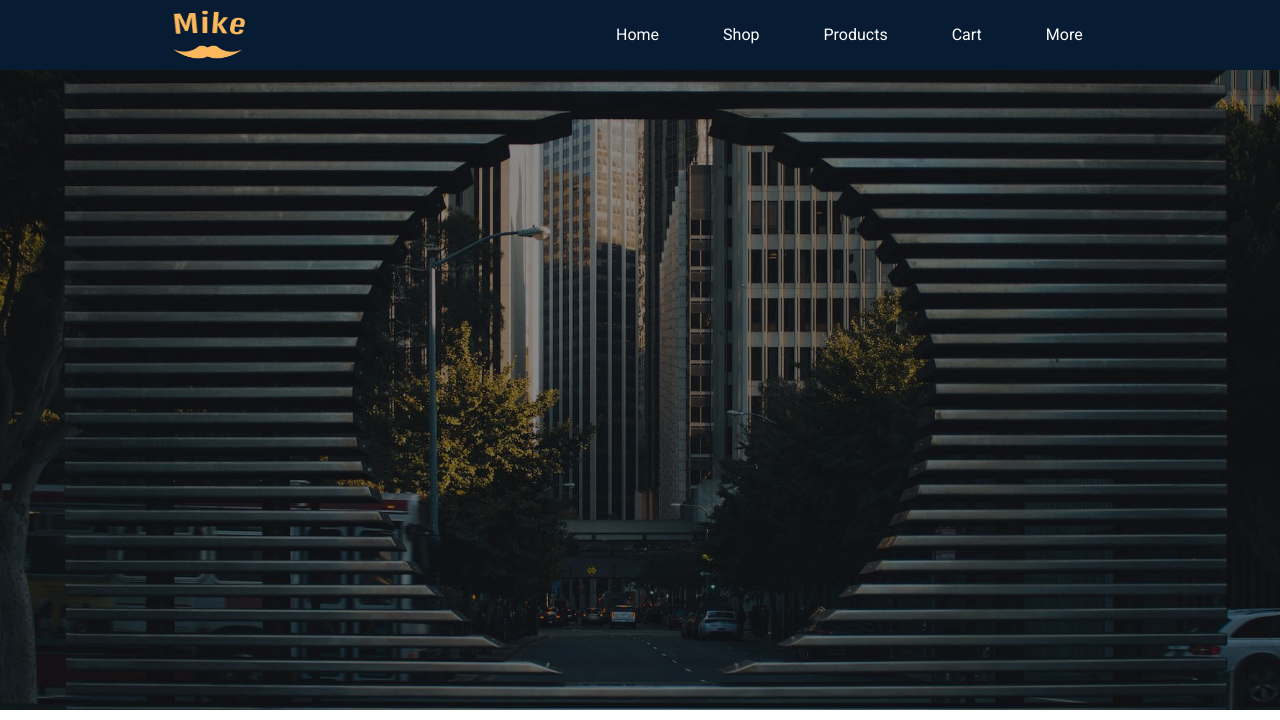
Repository: haiduong7499/Personal-Profile
Page: index.html
The author's editor kept a copy of each file at every save. The page is drawn from the files as they stood at one save, then again after the next save.
The browser window is 1280 px wide. The pictures show the whole page.

Above is the page before, as saved 2021-02-28 01:14:40.

### index.html
<!DOCTYPE html>
<html lang="en">
<head>
    <meta charset="UTF-8">
    <meta http-equiv="X-UA-Compatible" content="IE=edge">
    <meta name="viewport" content="width=device-width, initial-scale=1.0">
    <link rel="stylesheet" href="style/style.css">
    <link rel="stylesheet" href="style/base.css">
    <link rel="preconnect" href="https://fonts.gstatic.com">
    <link rel="preconnect" href="https://fonts.gstatic.com">
<link href="https://fonts.googleapis.com/css2?family=Roboto:wght@400;700&display=swap" rel="stylesheet">
    <title>Project</title>
</head>
<body>
    <div id="header">
        <img src="./asset/5c0eefeb-053e-4086-8d42-7e5a35580c82_200x200.png" alt="">
            <ul id="navbar">

                <li><a href="#">Home</a></li>
                <li><a href="#">Shop</a></li>
                <li><a href="#">Products</a></li>
                <li><a href="#">Cart</a></li>
                <li><a href="#">More</a></li>
            </ul>
    </div>

    <div id="banner">

    </div>



    <div id="content">
        <div>
            <h2></h2>
            <p></p>
        </div>
        <div>
            <h2></h2>
            <p></p>
        </div>
        <div>
            <h2></h2>
            <p></p>
        </div>
    </div>

</body>
</html>

### style/style.css
*{
    padding: 0;
    margin: 0;
    box-sizing: border-box;
}
html{
    font-family: 'Roboto', sans-serif;
}

#header {
    display:flex;
    justify-content: space-around;
    height:70px;
    background:#071C33;
    position: fixed;
    top: 0;
    left: 0;
    right: 0;
    z-index: 1;
}
#header img{
    margin: 8px 0;
    width: 84px;
    height: 53px;
}

#navbar li {
    list-style: none;
    line-height: 70px;
    display:inline-block;
}

#navbar li a{
    display: inline-block;
    padding: 0 30px;
    line-height: 70px;
    text-decoration: none;
    color: #fff;
}
#navbar li:hover a{
    background-color: #fcb85d;
    color: #071C33;
}

#banner{
    margin-top: 70px;
    padding-top:50%;
    overflow: hidden;
    background: url(../asset/home-parallax.jpg) top / cover no-repeat;
}

Loaded but not shown: style/base.css (no stored copy; drawn as an empty file)

After the next save:
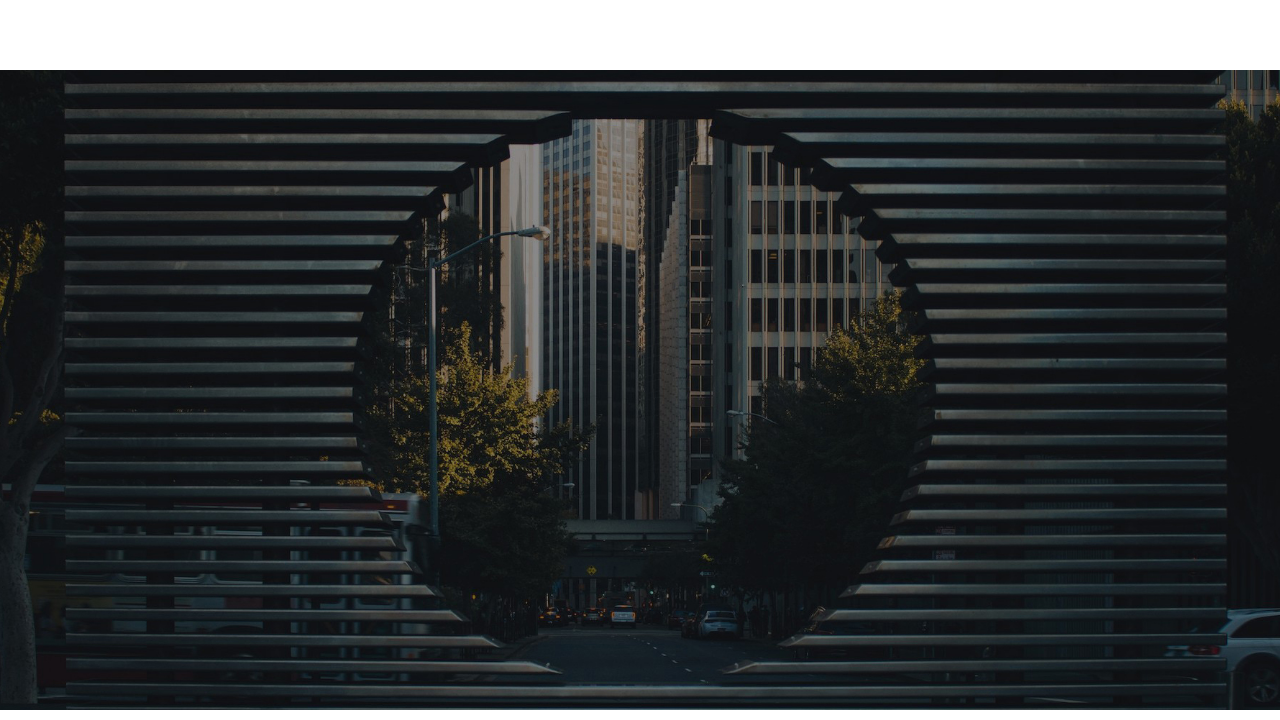
Saved 54 s later.
--- a/index.html
+++ b/index.html
@@ -12,17 +12,7 @@
     <title>Project</title>
 </head>
 <body>
-    <div id="header">
-        <img src="./asset/5c0eefeb-053e-4086-8d42-7e5a35580c82_200x200.png" alt="">
-            <ul id="navbar">
 
-                <li><a href="#">Home</a></li>
-                <li><a href="#">Shop</a></li>
-                <li><a href="#">Products</a></li>
-                <li><a href="#">Cart</a></li>
-                <li><a href="#">More</a></li>
-            </ul>
-    </div>
 
     <div id="banner">
 

After the save that followed:
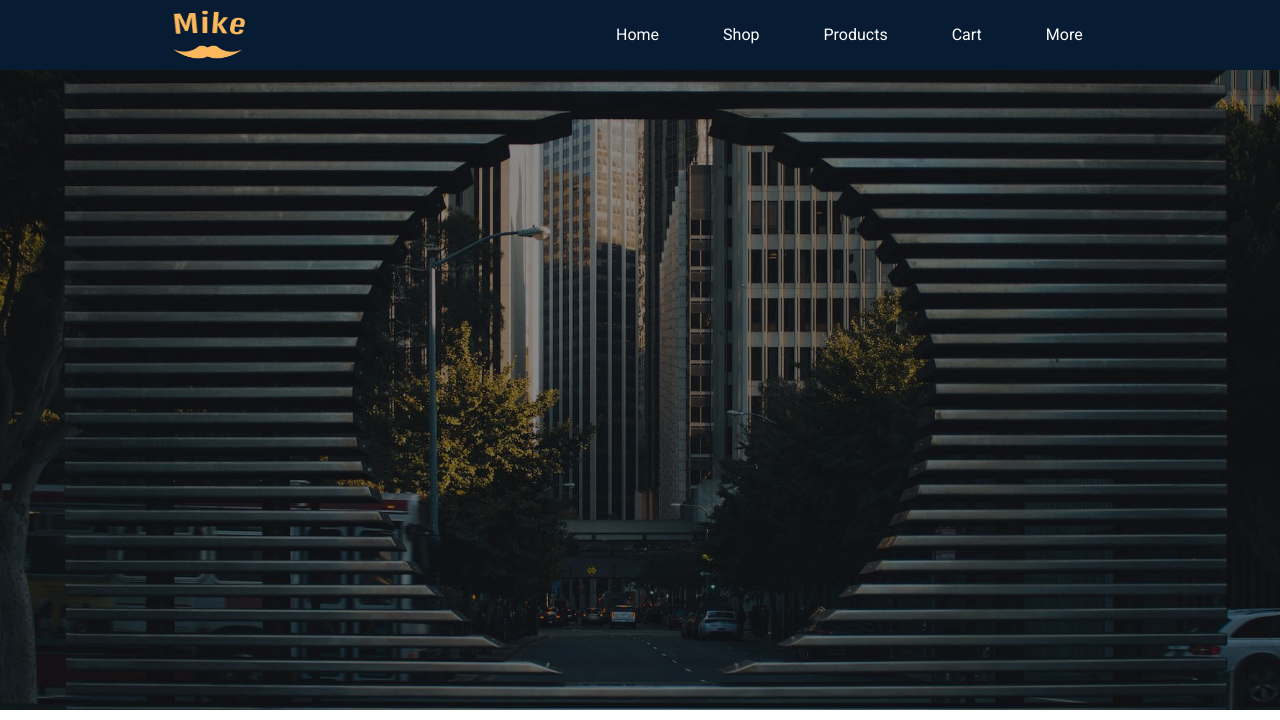
Saved 4 s later.
--- a/index.html
+++ b/index.html
@@ -12,7 +12,17 @@
     <title>Project</title>
 </head>
 <body>
+    <div id="header">
+        <img src="./asset/5c0eefeb-053e-4086-8d42-7e5a35580c82_200x200.png" alt="">
+            <ul id="navbar">
 
+                <li><a href="#">Home</a></li>
+                <li><a href="#">Shop</a></li>
+                <li><a href="#">Products</a></li>
+                <li><a href="#">Cart</a></li>
+                <li><a href="#">More</a></li>
+            </ul>
+    </div>
 
     <div id="banner">
 
